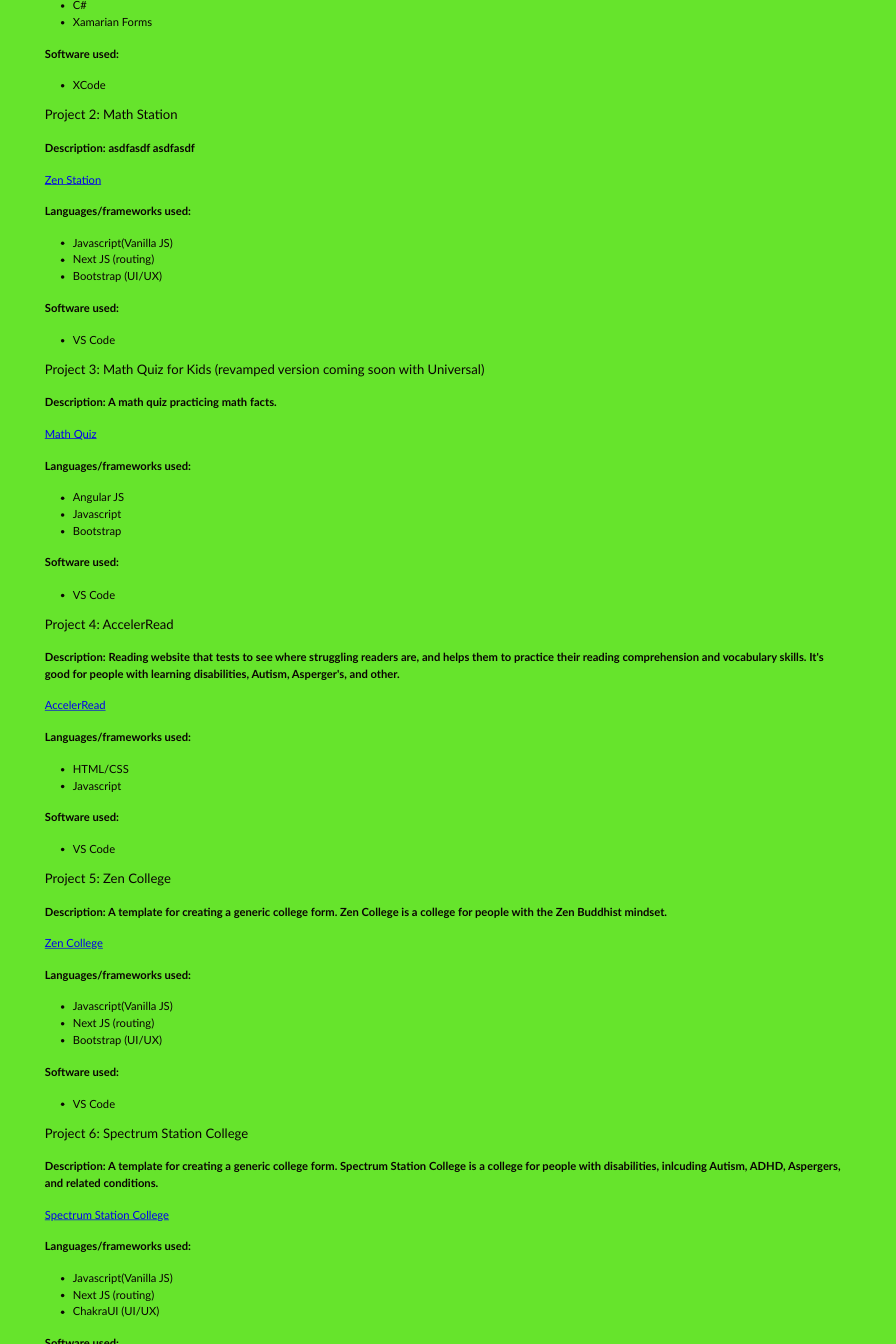
Repository: collegedude9300/modernport
Page: about.html
An editor plug-in stored every save of this project. The page is shown before and after the next save, followed by the edit.
The browser window is 1280 px wide. The pictures show the part of the page from y = 673 to 2593 px (the page is 3224 px tall before and 1590 px after), at 70% of full size.

Above is the page before, as saved 2023-06-25 21:06:50.

After the next save:
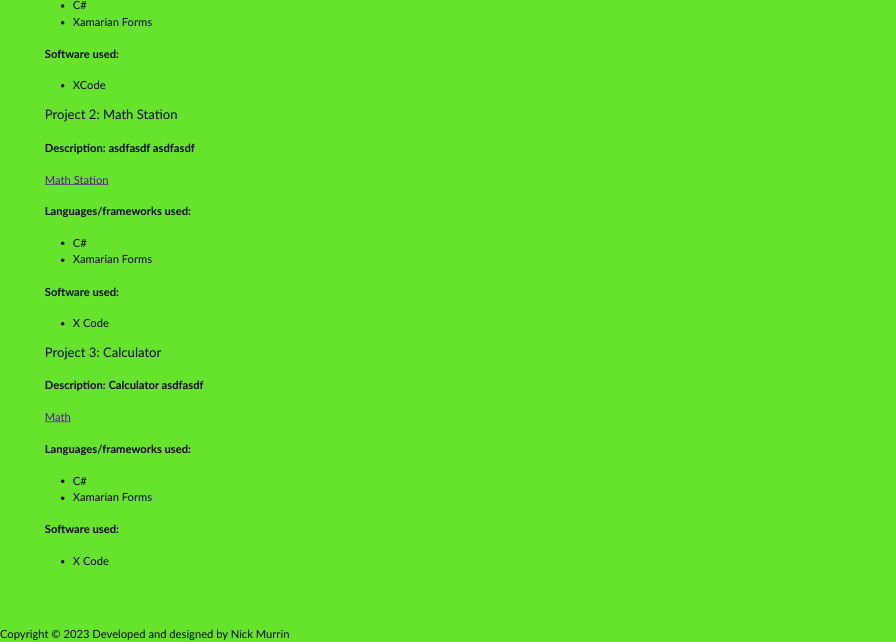
Saved 3 min 53 s later.
--- a/about.html
+++ b/about.html
@@ -72,107 +72,34 @@ About Me:
       <div class="project2">
         <h3>Project 2: Math Station</h3>
         <h4>Description:  asdfasdf asdfasdf </h4>
-        <a href="https://zenstationnext.vercel.app/"/> Zen Station </a>
+        <a href=""/> Math Station </a>
 <h4> Languages/frameworks used: </h4>
 <ul>
-  <li>Javascript(Vanilla JS)</li>
-  <li>Next JS (routing)</li>
-  <li>Bootstrap (UI/UX)</li>
+  <li>C#</li>
+  <li>Xamarian Forms</li>
 </ul>
 <h4> Software used: </h4>
 <ul>
-<li> VS Code  </li>
+<li> X Code  </li>
 </ul>
       </div>
 <div class="project3">
-        <h3>Project 3: Math Quiz for Kids (revamped version coming soon with Universal)</h3>
-        <h4>Description: A math quiz practicing math facts.</h4>
-        <a href="https://mathquiz-sigma.vercel.app/"/> Math Quiz </a>
+        <h3>Project 3: Calculator</h3>
+        <h4>Description: Calculator asdfasdf</h4>
+        <a href=""/> Math </a>
 <h4> Languages/frameworks used: </h4>
 <ul>
-  <li>Angular JS</li>
-  <li>Javascript</li>
-  <li>Bootstrap</li>
+  <li>C#</li>
+  <li>Xamarian Forms</li>
 </ul>
 <h4> Software used: </h4>
 <ul>
-<li> VS Code  </li>
+<li> X Code  </li>
 </ul>
       </div>
 </div>
 </div>
-<div class="project4">
-  <h3>Project 4: AccelerRead</h3>
-  <h4>Description: Reading website that tests to see where struggling readers are,
-and helps them to practice their reading comprehension and vocabulary skills.
- It's good for people with learning disabilities, Autism, Asperger's, and other.</h4>
-  <a href="https://accelerread.vercel.app/"/> AccelerRead </a>
-<h4> Languages/frameworks used: </h4>
-<ul>
-<li>HTML/CSS</li>
-<li>Javascript</li>
-</ul>
-<h4> Software used: </h4>
-<ul>
-<li> VS Code  </li>
-</ul>
-</div>
-</div>
-<div class="project5">
-  <h3>Project 5: Zen College</h3>
-  <h4>Description: A template for creating a generic college form. Zen College is a college for people with the Zen Buddhist mindset.</h4>
-  <a href="https://zenschool.vercel.app/"/> Zen College </a>
-<h4> Languages/frameworks used: </h4>
-<ul>
-  <li>Javascript(Vanilla JS)</li>
-  <li>Next JS (routing)</li>
-  <li>Bootstrap (UI/UX)</li>
-</ul>
-<h4> Software used: </h4>
-<ul>
-<li> VS Code  </li>
-</ul>
-</div>
-</div>
-<div class="project6">
-  <h3>Project 6: Spectrum Station College</h3>
-  <h4>Description: A template for creating a generic college form. Spectrum Station College is a college for people with disabilities, inlcuding Autism, ADHD, Aspergers, and related conditions.</h4>
-  <a href="https://spectrumstation.vercel.app/"/> Spectrum Station College </a>
-<h4> Languages/frameworks used: </h4>
-<ul>
-  <li>Javascript(Vanilla JS)</li>
-  <li>Next JS (routing)</li>
-  <li>ChakraUI (UI/UX)</li>
-</ul>
-<h4> Software used: </h4>
-<ul>
-<li> VS Code  </li>
-</ul>
-</div>
-</div>
 
-<div class="project7">
-  <h3>Project 7: Diet Blog</h3>
-  <h4>Description: A blog containing series of different tidbits to help people maintain a better understanding of health and fitness</h4>
-  <a href="https://dietblog.vercel.app/"/> Diet Blog </a>
-<h4> Languages/frameworks used: </h4>
-<ul>
-  <li>Javascript(Vanilla JS)</li>
-  <li>Next JS (routing)</li>
-  <li>Markup (JSON)</li>
-</ul>
-<h4> Software used: </h4>
-<ul>
-<li> VS Code  </li>
-</ul>
-</div>
-</div>
-
-<h3> Projects coming soon: (Summer/Fall 2023)      </h3>
-<ul>
-  <li> *insert Vuex (with Vue)project here*</li>
-  <li> Math Quiz for Kids (revamped with Universal)</li>
-</ul>
 </main>
   <footer id="main-footer">
   Copyright &copy; 2023
